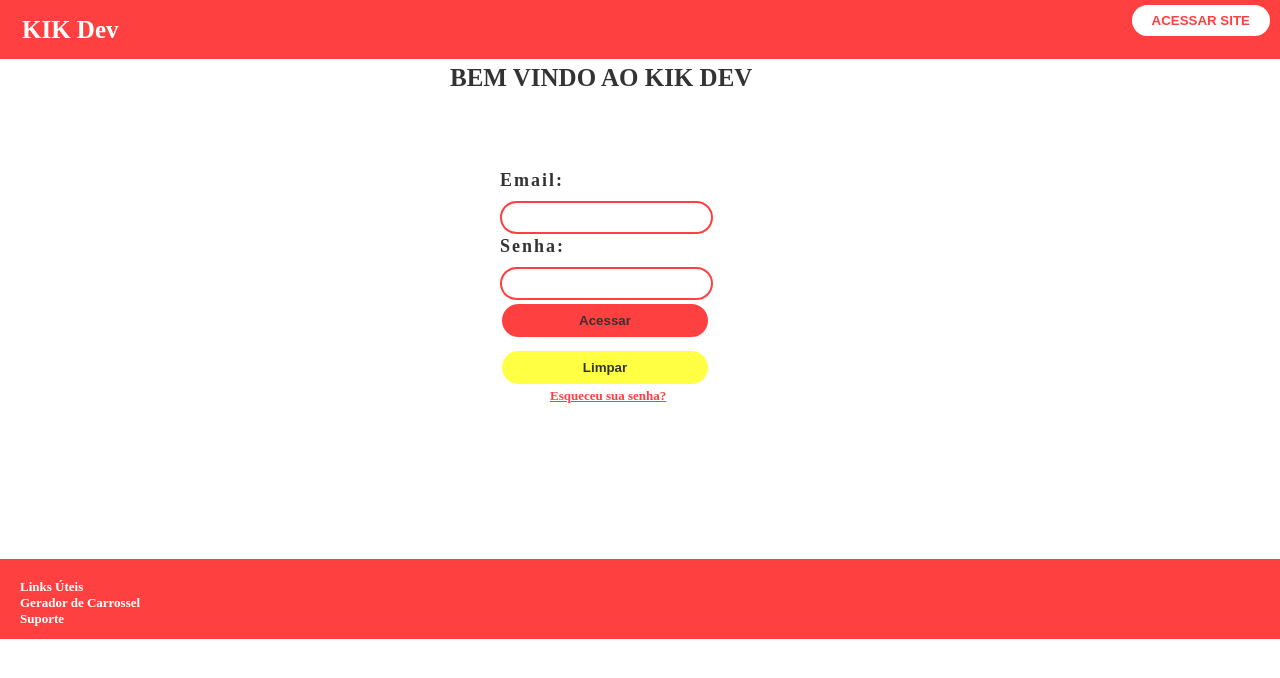
Repository: devgabrielvieira/kikdev
Page: index.html
An editor plug-in stored every save of this project. The page is shown before and after the next save, followed by the edit.
The browser window is 1280 px wide. The pictures show the whole page.

Above is the page before, as saved 2022-10-30 20:39:54.

### index.html
<!DOCTYPE html>
<html lang="pt-br">

<head>
    <meta charset="UTF-8">
    <meta http-equiv="X-UA-Compatible" content="IE=edge">
    <meta name="viewport" content="width=device-width, initial-scale=1.0">
    <link rel="shortcut icon" href="imagens/favicon.ico" type="image/x-icon">
    <link rel="stylesheet" href="style.css">
    <link rel="stylesheet" href="style-mobile.css">
    <script src="script_processo.js"></script>
    <title>KIK Dev</title>

</head>

<body id="pag_processos" onload="dimensaoTela()">

    <div class="header-index">
        <a href="#Default" class="logo">KIK Dev</a>

        <button type="submit" name="name" class="button-right"><strong>ACESSAR SITE</strong></a></button>

    </div>
    <div class="conteudo">
        <!--abrimos a div conteúdo-->

        <h3>BEM VINDO AO KIK DEV</h3>

        <div class="login">
            <label for="username">Email:</label>
            <input type="text" id="username" name="username">
            <label for="pass">Senha:</label>
            <input type="password" id="pass" name="password" minlength="8" required>
            <input class="btn-acessar" type="submit" value="Acessar">
            <input class="btn-limpar" type="reset" value="Limpar">
        </div>
        <a href="recuperar-senha.html" target="_self" rel="next" class="href">Esqueceu sua senha?</a>
    </div>
    <!--aqui fechamos a div conteudo-->

    <footer class="footer">
        <strong>
            <p>Links Úteis</p>
        </strong>
        <strong>
            <p>Gerador de Carrossel</p>
        </strong>
        <strong>
            <p>Suporte</p>
        </strong>
    </footer>

</body>

</html>

### style.css
@charset "UTF-8";

* {
  margin: 0;
  padding: 0;
}

html {
  margin: 0;
  padding: 0;
}

.header {
  overflow: hidden;
  background-color: #ff4040;
  padding: 20px 10px;
}

.header a {
  float: left;
  color: #fff;
  text-align: center;
  padding: 12px;
  text-decoration: none;
  font-size: 18px;
  line-height: 25px;
  border-radius: 4px;
}

.header a.logo {
  font-size: 25px;
  font-weight: bold;
}

.header a:hover {
  background-color: #ddd;
  color: #333333;
}

.header a.active {
  background-color: #d8d7d7;
  color: #fff;
}

.header-right {
  float: right;
}

.button-right {
  float: right;
  padding: 8px 20px;
  border: #d8d7d7;
  border-radius: 50px;
  color: #ff4040;
  background-color: #fff;
}

.header-index {
  overflow: hidden;
  background-color: #ff4040;
  padding: 5px 10px;
}

.header-index a {
  float: left;
  color: #fff;
  text-align: center;
  padding: 12px;
  text-decoration: none;
  font-size: 18px;
  line-height: 25px;
  border-radius: 4px;
}

.header-index a.logo {
  font-size: 25px;
  font-weight: bold;
}

.header-index a:hover {
  background-color: #ddd;
  color: #333333;
}

.header-index a.active {
  background-color: #d8d7d7;
  color: #fff;
}

.conteudo {
  width: 100%;
  height: 450px;
  overflow: hidden;
  background-color: #fff;
}

/* .conteudo img {
    width: 100%;
    background-color: #fff;
    margin: 2px 0 0 0;
    padding: 0;
    position: relative;
    height: 15.5rem;
} */

.footer {
  width: auto;
  background-color: #ff4040;
  padding: 20px 10px;
  position: relative;
  height: 2.5rem;
  bottom: -50px;
}

p {
  font-size: 13px;
  margin: 0 0 0 10px;
  float: none;
  overflow: hidden;
  color: #fff;
}

label {
  margin: 10px 50px 0 500px;
  display: block;
  letter-spacing: 2px;
  font-size: 18px;
  color: #333333;
  margin-bottom: 3px;
  font-weight: bold;
}

input[type="submit"],
label {
  margin: 2px 50px 0 500px;
  /* margin-top: 1rem; */
  color: #333333;
}

input {
  margin: 10px 50px 0 500px;
  caret-color: #222;
  color: #333333;
  border: 2px solid #ff4040;
  border-radius: 36px;
  padding: 7px 15px;
  text-align: center;
  font-weight: bold;
}

input:hover {
  border: 2px solid #a0a0a0;
}

.login {
  margin: 80px 0 0 0;
  width: -100%;
}

.btn-acessar {
  margin: 10px 50px 0 500px;
  background: #ff4040;
  border: 2px solid #fff;
  padding: 9px 15px;
  width: 210px;
  max-width: 100%;
}

.btn-limpar {
  margin: 10px 50px 0 500px;
  background: #ff4;
  border: 2px solid #fff;
  padding: 9px 15px;
  width: 210px;
  max-width: 100%;
}

.href {
  margin: 10px 50px 0 500px;
  padding: 19px 50px;
  font-size: 13px;
  font-weight: bold;
  color: #ff4040;
  text-align: center;
  max-width: 100%;
}

h3 {
  font-size: 25px;
  width: 100%;
  display: inline-block;
  /* margin: 5px 0 auto 450px; */
  margin-top: 5px;
  margin-left: 450px;
  margin-bottom: -500px;
  color: #333333;
}

### style-mobile.css
@charset "UTF-8";

@media screen and (max-width: 1200px) {
  * {
    margin: 0;
    padding: 0;
  }

  html {
    margin: 0;
    padding: 0;
  }

  .header-index {
    overflow: hidden;
    background-color: #ff4040;
    padding: 10px 15px;
    height: 5.5rem;
    width: 100%;
  }

  .header a {
    float: none;
    display: block;
    text-align: left;
  }

  .header-index a {
    float: none;
    display: block;
    text-align: left;
  }

  .header-right {
    float: none;
  }

  .button-right {
    float: none;
  }

  .footer {
    float: none;
    bottom: -280px;
    overflow: hidden;
    padding: 10px 15px;
    height: 5.5rem;
    width: 100%;
  }

  /* .conteudo img {
        float: none;
        display: block;
        position: absolute;
        width: 100%;
        background-color: #fff;
        margin: 2px 0 0 0;
        height: 10rem;
    } */

  .login {
    width: 50%;
    display: inline-block;
  }

  label {
    margin-left: 50%;
    margin-bottom: 3px;
    display: block;
    letter-spacing: 2px;
    font-size: 18px;
    color: #333333;
    font-weight: bold;
  }

  input[type="submit"],
  label {
    margin-left: 50%;
    margin-top: 1rem;
    color: #333333;
  }

  input {
    margin-left: 50%;
    caret-color: #222;
    color: #333333;
    border: 2px solid #ff4040;
    border-radius: 36px;
    padding: 7px 15px;
    text-align: center;
    font-weight: bold;
  }

  input:hover {
    border: 2px solid #a0a0a0;
  }

  .href {
    margin-left: 30%;
    font-size: 13px;
    font-weight: bold;
    color: #ff4040;
    text-align: center;
    width: 100%;
    padding: 2rem;
  }

  .btn-acessar {
    margin-left: 50%;
    margin-right: 50%;
    background: #ff4040;
    border: 2px solid #fff;
    padding: 9px 15px;
    width: 210px;
    max-width: 100%;
  }

  .btn-limpar {
    margin-left: 50%;
    margin-right: 50%;
    background: #ff4;
    border: 2px solid #fff;
    padding: 9px 15px;
    width: 210px;
    max-width: 100%;
  }

  h3 {
    font-size: 25px;
    width: 100%;
    display: inline-block;
    margin-bottom: 0.5rem;
    margin-left: 15%;
    color: #333333;
  }
}

### script_processo.js
function dimensaoTela(){
    var heightTela = window.innerHeight;
    var widthTela = window.innerWidth;

    document.getElementById('pag_processos').style.minHeight = heightTela+'px';
}

After the next save:
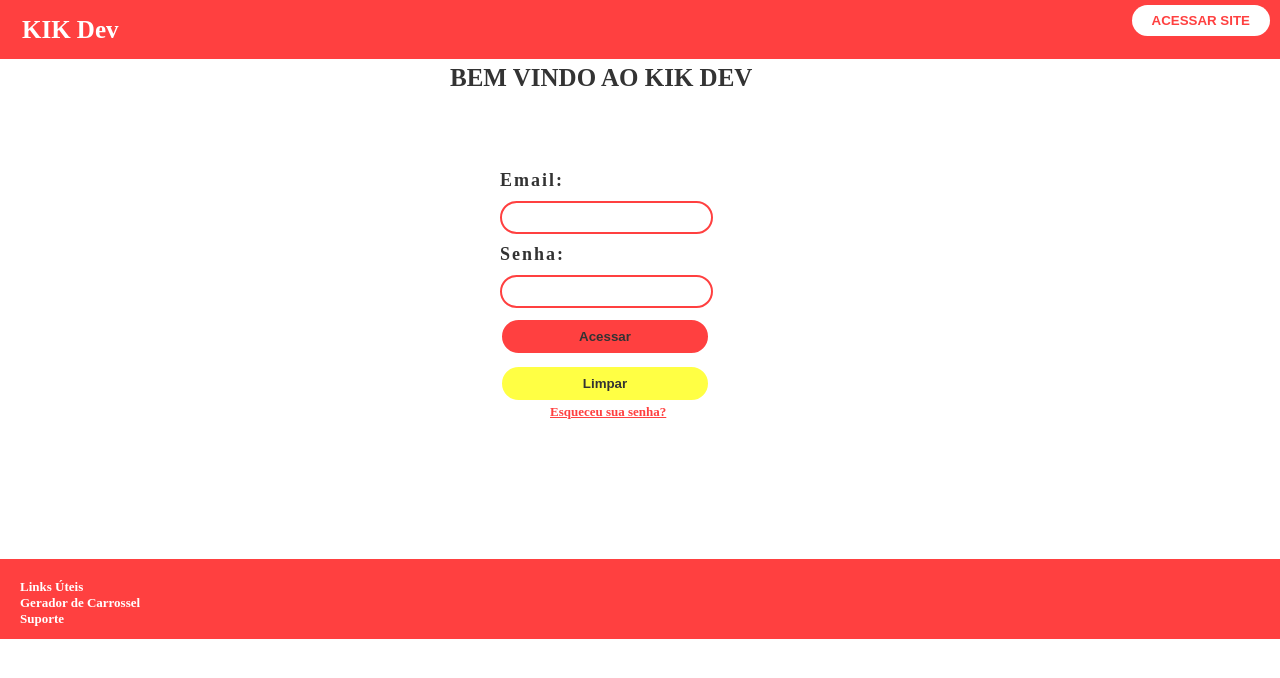
Saved 4 s later.
--- a/style.css
+++ b/style.css
@@ -132,7 +132,7 @@ label {
 
 input[type="submit"],
 label {
-  margin: 2px 50px 0 500px;
+  margin: 10px 50px 0 500px;
   /* margin-top: 1rem; */
   color: #333333;
 }
